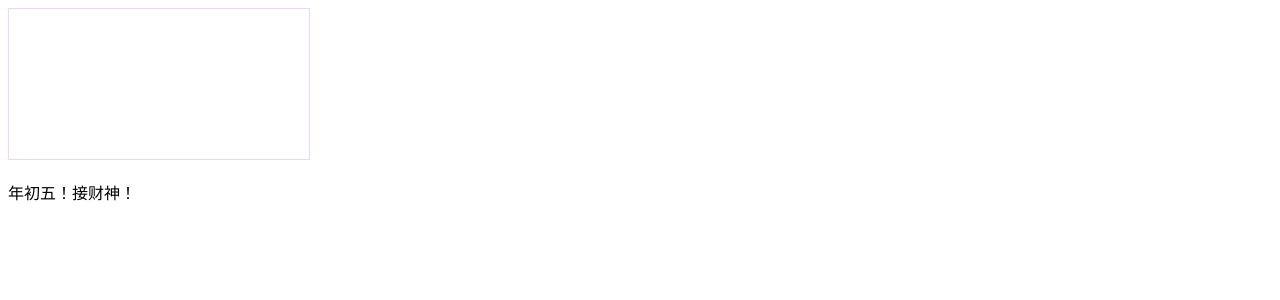
Repository: HyunraDate/ZhongpingShen
Page: index.html
An editor plug-in stored every save of this project. The page is shown before and after the next save, followed by the edit.
The browser window is 1280 px wide. The pictures show the whole page.

Above is the page before, as saved 2024-02-14 13:38:38.
Console error: TypeError: ctx.fillRecht is not a function

### index.html
<!DOCTYPE html>
<html lang="en">

<head>
    <meta charset="UTF-8">
    <meta hettp-equiv="X-UA-Compatible" content="IE=edge">
    <meta name="viewpoint" content="width=device-width, initial-scale=1.0">
    <title>Document</title>
    <style>
        canvas {
            border: 1px solid #eed4ff;
        }
    </style>
</head>

<body>
    <div></div>
    <canvas id="canvas"></canvas>
    <p>年初五！接财神！</p>

    <script>
        let canvas = document.getElementById('canvas')
        //console.log(canvas)
        let ctx = canvas.getContext('2d') //WebGL是挂在canvas上面的！
        //详见mdm canvas api

        ctx.fillRecht(0, 0, 200, 100) //坐标&边长
    </script>
</body>
</html>

After the next save:
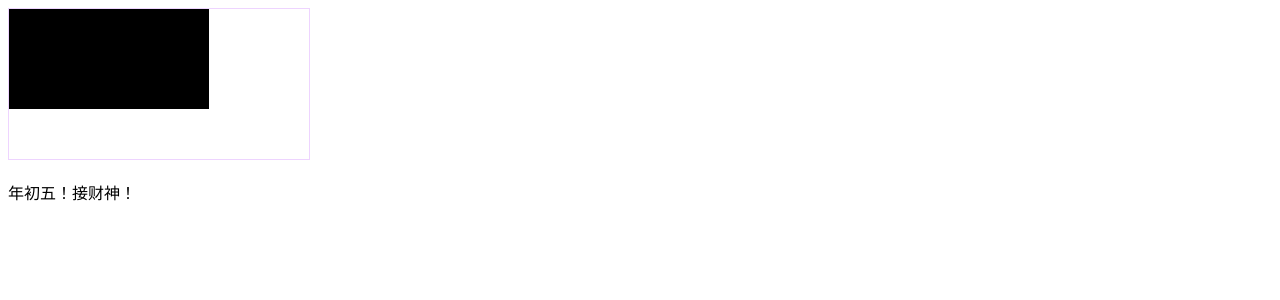
The error is gone.
Saved 29 s later.
--- a/index.html
+++ b/index.html
@@ -24,7 +24,7 @@
         let ctx = canvas.getContext('2d') //WebGL是挂在canvas上面的！
         //详见mdm canvas api
 
-        ctx.fillRecht(0, 0, 200, 100) //坐标&边长
+        ctx.fillRect(0, 0, 200, 100) //坐标&边长
     </script>
 </body>
 </html>
